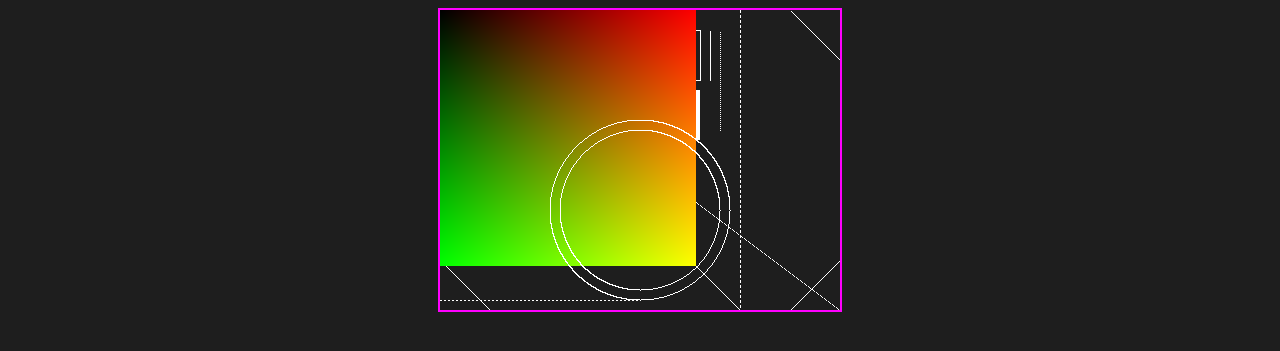
Repository: StarLightGX/miao
Page: paint.html
These files come from the project's save history. The page is drawn as it stood at one moment and after the next save; the edit follows.
The browser window is 1280 px wide. The pictures show the whole page.

Above is the page before, as saved 2020-11-13 16:34:27.

After the next save:
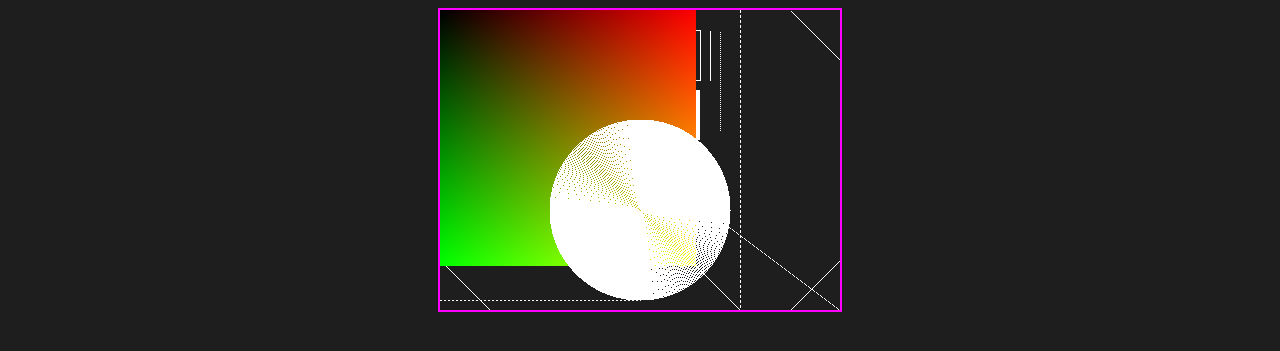
Saved 62 s later.
--- a/paint.html
+++ b/paint.html
@@ -201,28 +201,17 @@
       }
     }
     // 画一个空心的圆
-    var r = 90;
-    for (x = -r; x < r; x++) {
-      y = Math.sqrt(r * r - x * x);
-      dot(x + 200, y + 200);
-      dot(x + 200, -y + 200);
-    }
-    for (y = -r; y < r; y++) {
-      x = Math.sqrt(r * r - y * y);
-      dot(x + 200, y + 200);
-      dot(-x + 200, y + 200);
-    }
-
-    var r = 80;
-    for (x = -r; x < r; x++) {
-      y = Math.sqrt(r * r - x * x);
-      dot(x + 200, y + 200);
-      dot(x + 200, -y + 200);
-    }
-    for (y = -r; y < r; y++) {
-      x = Math.sqrt(r * r - y * y);
-      dot(x + 200, y + 200);
-      dot(-x + 200, y + 200);
+    for (var r = 90; r > 0; r--) {
+      for (x = -r; x < r; x++) {
+        y = Math.sqrt(r * r - x * x);
+        dot(x + 200, y + 200);
+        dot(x + 200, -y + 200);
+      }
+      for (y = -r; y < r; y++) {
+        x = Math.sqrt(r * r - y * y);
+        dot(x + 200, y + 200);
+        dot(-x + 200, y + 200);
+      }
     }
     //  for (var theta = 0; theta)
     // 画一个实心的圆
